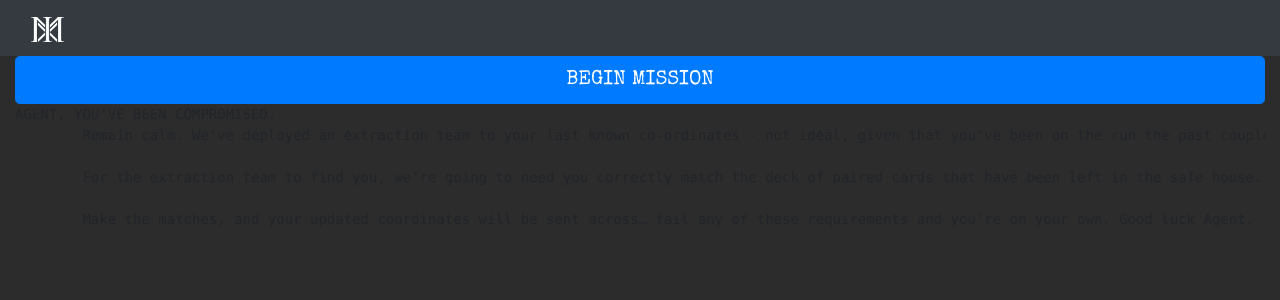
Repository: Code-Institute-Submissions/Milestone-25
Page: index.html
The author's editor kept a record of every edit. The page is drawn from the files as they stood at one moment, then again after the next edit.
The browser window is 1280 px wide. The pictures show the whole page.

Above is the page before.

After the next edit:
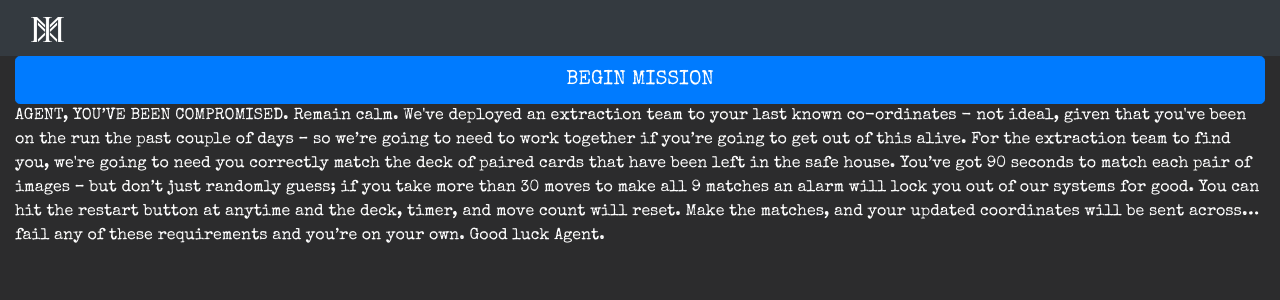
The edit:
--- a/index.html
+++ b/index.html
@@ -33,7 +33,7 @@
   <div class="container-fluid padding">
     <div class="row padding">
       <div class="col-md">
-        <pre>AGENT, YOU’VE BEEN COMPROMISED.
+        <p>AGENT, YOU’VE BEEN COMPROMISED.
         Remain calm. We've deployed an extraction team to your last known co-ordinates - not ideal, given that you've been on the run the past couple of days – so we’re going to need to work together if you’re going to get out of this alive.
 
         For the extraction team to find you, we're going to need you correctly match the deck of paired cards that have been left in the safe house. You’ve got 90 seconds to match each pair of images – but don’t just randomly guess; if you take more than 30 moves to make all 9 matches an alarm will lock you out of our systems for good. You can hit the restart button at anytime and the deck, timer, and move count will reset.
